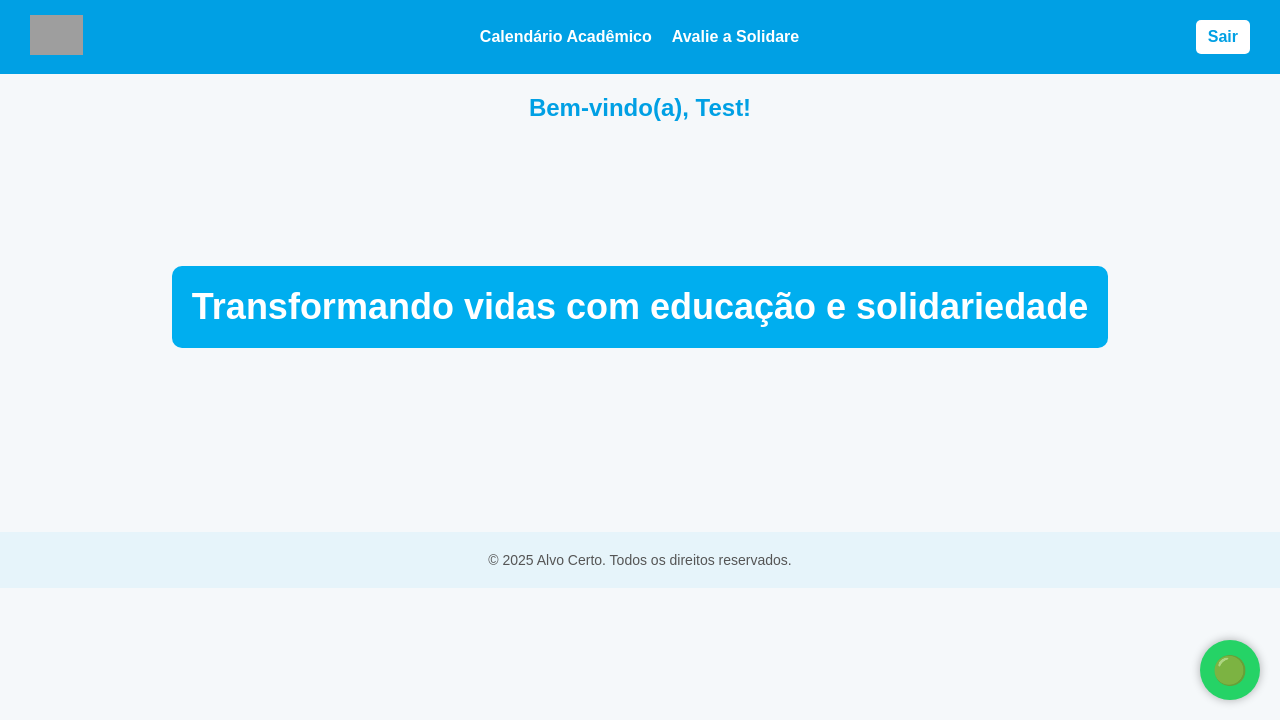
Repository: Guilherme-burle/Portal-do-Aluno-P2
Page: http://localhost/
These files come from the project's save history. The page is drawn as it stood at one moment and after the next save; the edit follows.
The browser window is 1280 px wide. The pictures show the whole page.
Pictures or frames that could not be fetched are drawn as grey boxes. The page is served by the project's application, run on Django 5.2 (PortaldoAluno/manage.py). A made-up administrator, testuser (Test User, test@example.com), is signed in.

Above is the page before, as saved 2025-05-16 16:50:09.

After the next save:
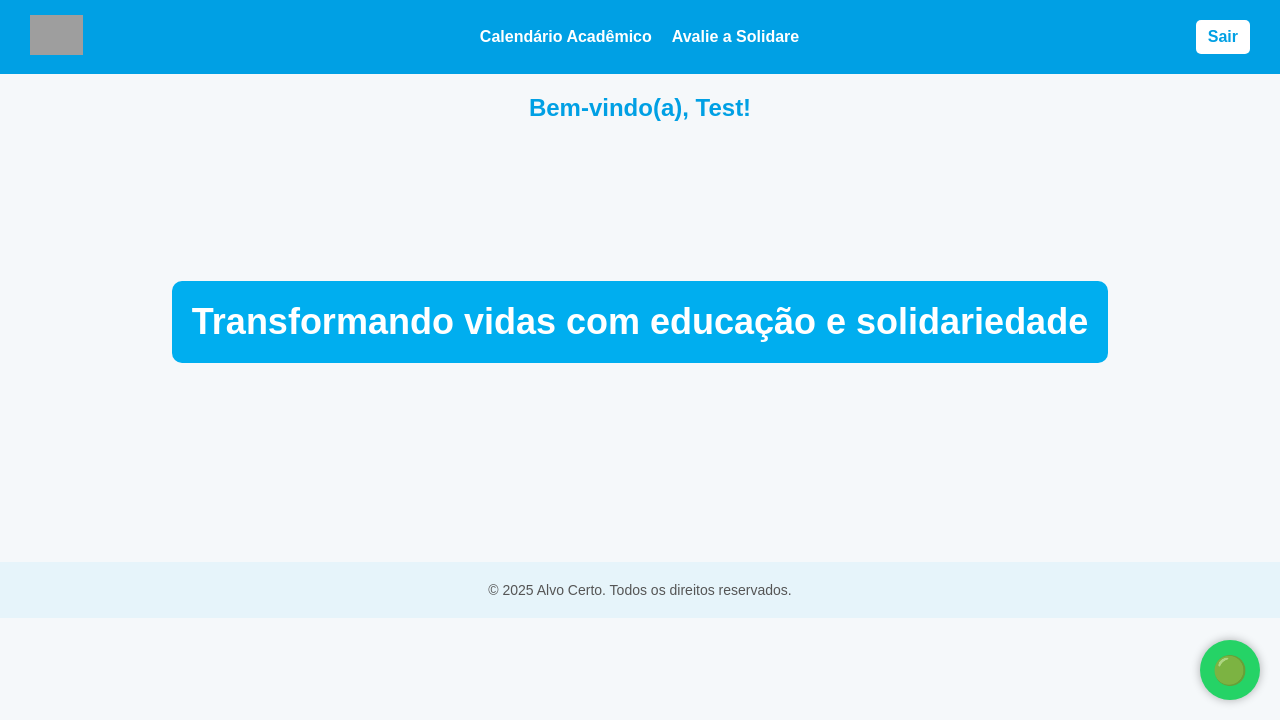
Saved 5 s later.
--- a/PortaldoAluno/Aplicativo/templates/home.html
+++ b/PortaldoAluno/Aplicativo/templates/home.html
@@ -70,7 +70,7 @@
     .banner {
       background-size: cover;
       background-position: center;
-      height: 330px;
+      height: 360px;
       display: flex;
       align-items: center;
       justify-content: center;
